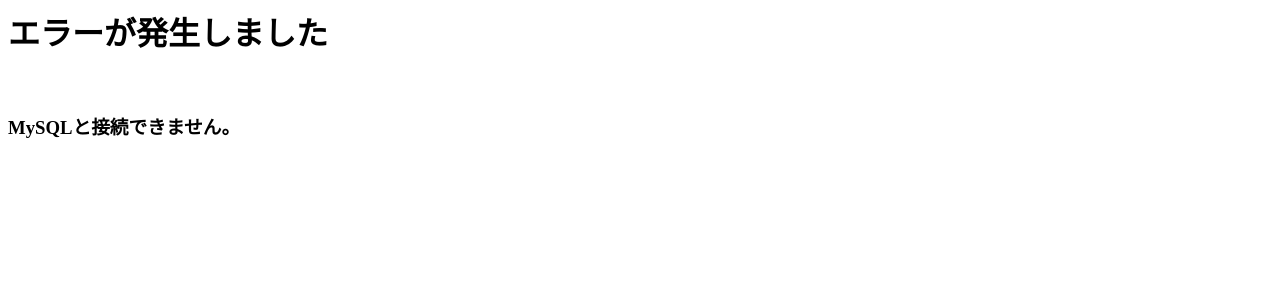
Repository: user-yo-yo/test
Page: http://localhost/WebProj2/helloStrutsError.jsp
An editor plug-in stored every save of this project. The page is shown before and after the next save, followed by the edit.
The browser window is 1280 px wide. The pictures show the whole page.
The page is served by Tomcat 9. Other server files are loaded and not shown.

Above is the page before, as saved 2019-02-22 06:50:53.

### WebProj2/WebContent/helloStrutsError.jsp
<%@ page language="java" contentType="text/html; charset=UTF-8"
    pageEncoding="UTF-8"%>
<!DOCTYPE>
<html>
<head>
<meta charset="UTF-8">
<title>HelloStrutsError</title>
</head>
<body>
<h1>エラーが発生しました</h1>
<br>
<h3>MySQLと接続できません。</h3>
</body>
</html>

After the next save:
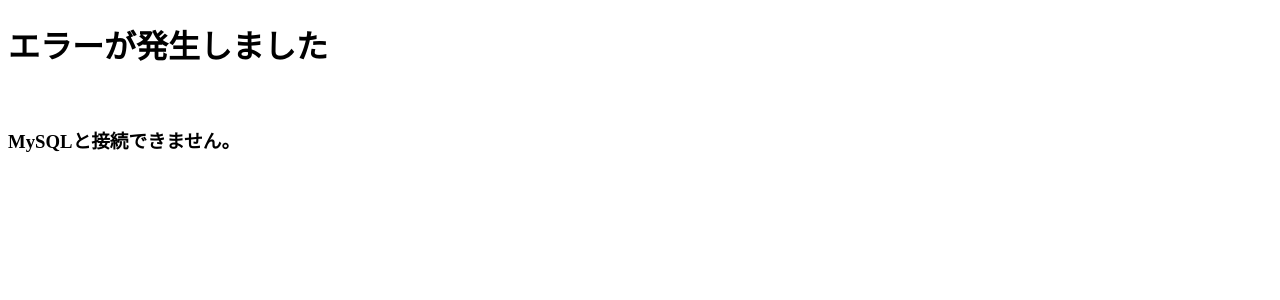
Saved 113 s later.
--- a/WebProj2/WebContent/helloStrutsError.jsp
+++ b/WebProj2/WebContent/helloStrutsError.jsp
@@ -1,6 +1,7 @@
 <%@ page language="java" contentType="text/html; charset=UTF-8"
     pageEncoding="UTF-8"%>
-<!DOCTYPE>
+<%@ taglib prefix="s" uri="/struts-tags"%>
+<!DOCTYPE html>
 <html>
 <head>
 <meta charset="UTF-8">
